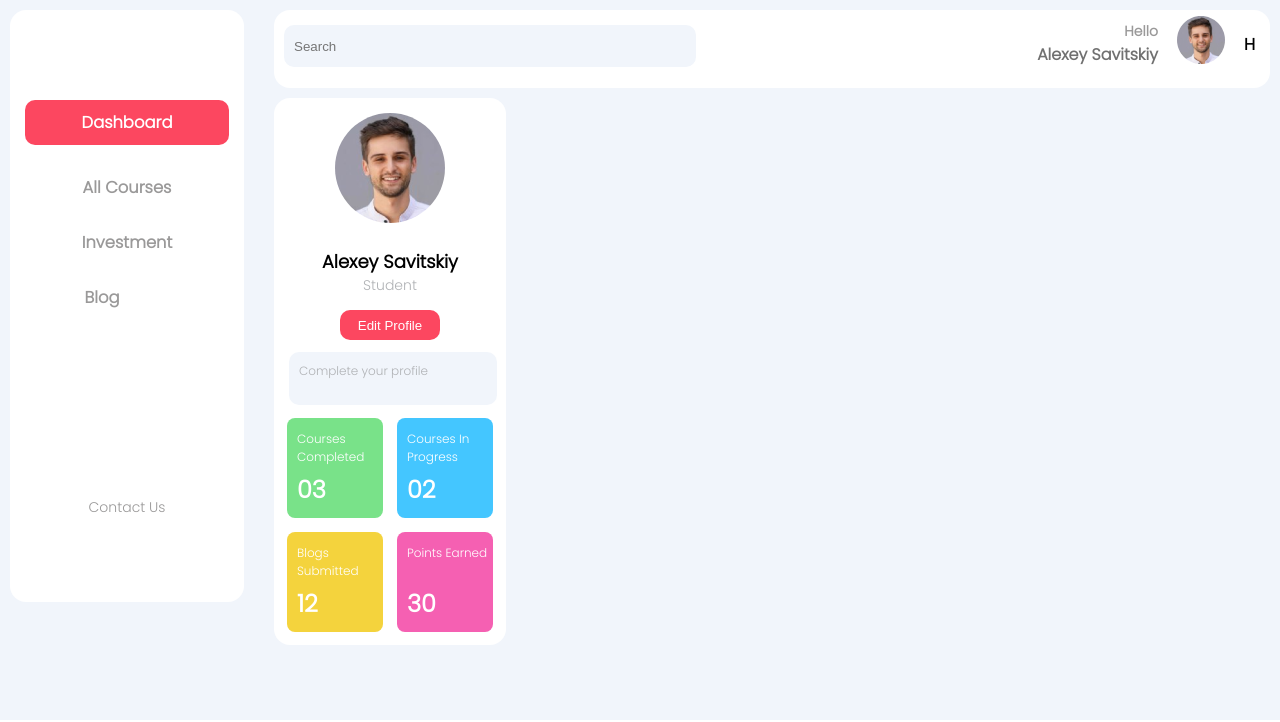
Repository: Anuruddha00/dashboard-design
Page: /
These files come from the project's save history. The page is drawn as it stood at one moment and after the next save; the edit follows.
The browser window is 1280 px wide. The pictures show the whole page.
The project was rebuilt for these pictures with package versions that can differ from the ones it lists, and the page was loaded fresh each time.

Above is the page before, as saved 2021-05-07 14:23:38.

### public/index.html
<!DOCTYPE html>
<html lang="en">
  <head>
    <meta charset="utf-8" />
    <link rel="icon" href="%PUBLIC_URL%/favicon.ico" />
    <meta name="viewport" content="width=device-width, initial-scale=1" />
    <meta name="theme-color" content="#000000" />
    <meta
      name="description"
      content="Web site created using create-react-app"
    />
    <link rel="apple-touch-icon" href="%PUBLIC_URL%/logo192.png" />

    <link rel="preconnect" href="https://fonts.gstatic.com">
    <link href="https://fonts.googleapis.com/css2?family=Poppins:wght@300&display=swap" rel="stylesheet">

    <!--
      manifest.json provides metadata used when your web app is installed on a
      user's mobile device or desktop. See https://developers.google.com/web/fundamentals/web-app-manifest/
    -->
    <link rel="manifest" href="%PUBLIC_URL%/manifest.json" />
    <!--
      Notice the use of %PUBLIC_URL% in the tags above.
      It will be replaced with the URL of the `public` folder during the build.
      Only files inside the `public` folder can be referenced from the HTML.

      Unlike "/favicon.ico" or "favicon.ico", "%PUBLIC_URL%/favicon.ico" will
      work correctly both with client-side routing and a non-root public URL.
      Learn how to configure a non-root public URL by running `npm run build`.
    -->
    <title>React App</title>
  </head>
  <body>
    <noscript>You need to enable JavaScript to run this app.</noscript>
    <div id="root"></div>
    <!--
      This HTML file is a template.
      If you open it directly in the browser, you will see an empty page.

      You can add webfonts, meta tags, or analytics to this file.
      The build step will place the bundled scripts into the <body> tag.

      To begin the development, run `npm start` or `yarn start`.
      To create a production bundle, use `npm run build` or `yarn build`.
    -->
  </body>
</html>

### src/index.js
import React from 'react';
import ReactDOM from 'react-dom';
import Dashboard from './containers/Dashboard/Dashboard';
import reportWebVitals from './reportWebVitals';

ReactDOM.render(
  <React.StrictMode>
    <Dashboard />
  </React.StrictMode>,
  document.getElementById('root')
);

// If you want to start measuring performance in your app, pass a function
// to log results (for example: reportWebVitals(console.log))
// or send to an analytics endpoint. Learn more: https://bit.ly/CRA-vitals
reportWebVitals();

### src/containers/Dashboard/Dashboard.js
import React from 'react';
import './Dashboard.scss';

const dashboard = () =>{

    return(
        <div className='container'>
            <div className='dashboard'>
                <div className='dashboardSideBar'>
                   <div className='dashboardSideBarTitle'>
                        <h3 className='dashboardSideBarTitleDashboard'>Dashboard</h3>
                        <h3 className='dashboardSideBarTitleCourses'>All Courses</h3>
                        <h3 className='dashboardSideBarTitleInvestment'>Investment</h3>
                        <h3 className='dashboardSideBarTitleBlog'>Blog</h3>
                   </div>
                   <div className='dashboardSideBarContact'>
                        <p>Contact Us</p>
                   </div>
                </div>
                <div className='dashboardMenu'>
                    <section className='content'>
                        <nav className='contentNavbar'>
                            <div className='contentNavbarSearch'>
                                <form>
                                    <input type='text' placeholder='Search'/>
                                </form>
                            </div>
                            <div className='contentNavbarProfile'>
                                <div className='contentNavbarProfileName'>
                                    <h3>Hello</h3>
                                    <h2>Alexey Savitskiy</h2>
                                </div>
                                <img src='./assets/Image 9.png'/>
                                <h1>H</h1>
                            </div>
                        </nav>
                        <div className='contentBody'>
                            <section className='details'>
                                <div className='detailsAbout'>
                                    <div className='detailsAboutProfile'>
                                        <img src='./assets/Image 12.png'/>
                                        <h3>Alexey Savitskiy</h3>
                                        <p>Student</p>
                                        <button>Edit Profile</button>
                                    </div>
                                    <div className='detailsAboutComplete'>
                                        <p>Complete your profile</p>
                                    </div>
                                    <div className='detailsAboutProgress'>
                                        <div className='detailsAboutProgressCompleted'>
                                            <p>Courses Completed</p>
                                            <h1>03</h1>
                                        </div>
                                        <div className='detailsAboutProgressContinue'>
                                            <p>Courses In Progress</p>
                                            <h1>02</h1>
                                        </div>
                                        <div className='detailsAboutProgressBlogs'>
                                            <p>Blogs Submitted</p>
                                            <h1>12</h1>
                                        </div>
                                        <div className='detailsAboutProgressPoints'>
                                            <p>Points Earned</p>
                                            <h1>30</h1>
                                        </div>
                                    </div>
                                </div>
                            </section>
                        </div>
                   </section>
                </div>
            </div>
        </div>
    )

}
export default dashboard;

### src/containers/Dashboard/Dashboard.scss

body{
    margin: 0;
    padding: 0;
    font-size: 0.875rem;
    font-family: 'Poppins', sans-serif;

}

.container{
    background: #f1f5fb;
    height: 100vh;

    .dashboard{
        display: grid;
        grid-template-columns: 1fr 4fr;
        gap:10px;
        grid-auto-rows: minmax(100px, auto);

        &SideBar{
            grid-column: 1;
            grid-row: 1 / 5;
            padding-bottom: 70px;
            border-radius: 16px;
            background: #ffffff;
            margin: 10px;

            &Title{
                margin-top: 90px;
                font-size: 14px;

                &Dashboard{
                    background:#fc4760;
                    border-radius: 10px;
                    text-align: center;
                    padding: 10px 10px 10px 10px;
                    margin: 10px 15px 10px 15px;
                    color: #ffffff;

                }
                &Courses{
                    text-align: center;
                    margin-top: 30px;
                    color: #9a9999;
                }
                &Investment{
                    text-align: center;
                    margin-top: 30px;
                    color: #9a9999;
                }
                &Blog{
                    text-align: center;
                    margin-top: 30px;
                    margin-right: 50px;
                    color: #9a9999;
                }
            }
            &Contact{
                margin-top: 80%;

                p{
                    text-align: center;
                    color: #9a9999;
                    font-size: 14px;
                }

            }
        }
        &Menu{
            // border: 1px solid red;
            grid-column: 2;
            grid-row: 1 / 6;
            margin: 10px;

            .content{
                display: grid;
                grid-template-rows:1fr 7fr ;
                gap:10px;

                &Navbar{
                    display: grid;
                    grid-template-columns: 1fr 1fr;
                    background: #ffffff;
                    border-radius: 16px;

                    &Search{

                        input{
                            background: #f1f5fb;
                            border-style: none;
                            padding-left: 10px;
                            width: 400px;
                            height: 40px;
                            margin: 15px 0 0 10px;
                            border-radius: 10px;

                        }
                    }
                    &Profile{
                        display: flex;
                        flex-direction: row;
                        justify-content: flex-end;
                        gap: 1em;
                        margin-right: 15px;
                        align-items: center;
                        height: 68px;

                        &Name{
                            text-align: end;
                            margin-top: 0;

                            h3{
                                color: #9a9999;
                                margin: 0;
                                font-size: 14px;
                            }
                            h2{
                                margin: 0;
                                font-size: 16px;
                                color: #707070;
                            }
                        }
                    }
                }
                &Body{
                    display: grid;
                    grid-template-columns: 2fr 4fr 3fr;
                    grid-template-rows: 1 / 4;

                    .details{
                        border-radius: 16px;
                        background: #ffffff;

                        &About{


                            &Profile{
                                text-align: center;
                                margin-top: 15px;

                                h3{
                                    font-size: 18px;
                                    margin: 0;
                                }
                                p{
                                    color: #b0b2b5;
                                    margin-top: 0;
                                }
                                button{
                                    border-style: none;
                                    border-radius: 10px;
                                    width: 100px;
                                    height: 30px;
                                    color: #ffffff;
                                    background: #fc4760;

                                }
                            }
                            &Complete{
                                background: #f1f5fb;
                                border-radius: 10px;
                                color: #b0b2b5;
                                height: 53px;
                                width: 208px;
                                font-size: 12px;
                                margin-left: 15px;

                                p{
                                    padding-left: 10px;
                                    padding-top: 10px;
                                }
                            }
                            &Progress{
                                display: grid;
                                grid-template-columns: 1fr 1fr;
                                margin: 13px;
                                gap: 1em;
                                color: #ffffff;

                                p{
                                    font-size: 12px;
                                    padding-left: 10px;
                                }


                                &Completed{
                                    background: #79e289;
                                    border-radius: 8px;
                                    width: 96px;
                                    height: 100px;
                                    position: relative;

                                    h1{
                                        font-size: 24px;
                                        position: absolute;
                                        left: 10px;
                                        top: 30px;
                                    }

                                }
                                &Continue{
                                    background:  #44c6ff;
                                    border-radius: 8px;
                                    width: 96px;
                                    height: 100px;
                                    position: relative;

                                    h1{
                                        font-size: 24px;
                                        position: absolute;
                                        left: 10px;
                                        top: 30px;
                                    }

                                }
                                &Blogs{
                                    background:  #f4d33d;
                                    border-radius: 8px;
                                    width: 96px;
                                    height: 100px;
                                    position: relative;

                                    h1{
                                        font-size: 24px;
                                        position: absolute;
                                        left: 10px;
                                        top: 30px;
                                    }
                                }
                                &Points{
                                    background: #f560b2;
                                    border-radius: 8px;
                                    width: 96px;
                                    height: 100px;
                                    position: relative;

                                    h1{
                                        font-size: 24px;
                                        position: absolute;
                                        left: 10px;
                                        top: 30px;
                                    }

                                }

                            }
                        }
                    }
                }
            }
        }
    }
}

Loaded but not shown: src/reportWebVitals.js (common file)

After the next save:
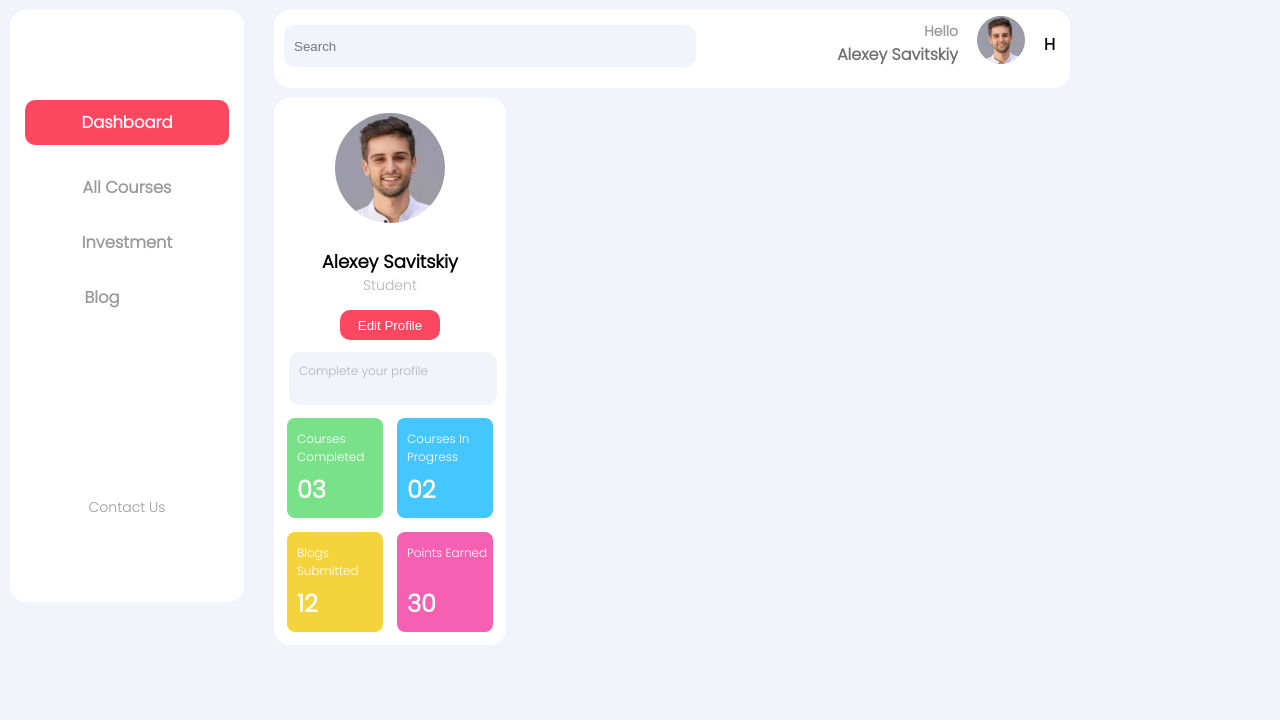
Saved 46 s later.
--- a/src/containers/Dashboard/Dashboard.scss
+++ b/src/containers/Dashboard/Dashboard.scss
@@ -125,7 +125,7 @@ body{
                 &Body{
                     display: grid;
                     grid-template-columns: 2fr 4fr 3fr;
-                    grid-template-rows: 1 / 4;
+                    grid-column: 1 / 4;
 
                     .details{
                         border-radius: 16px;

After the save that followed:
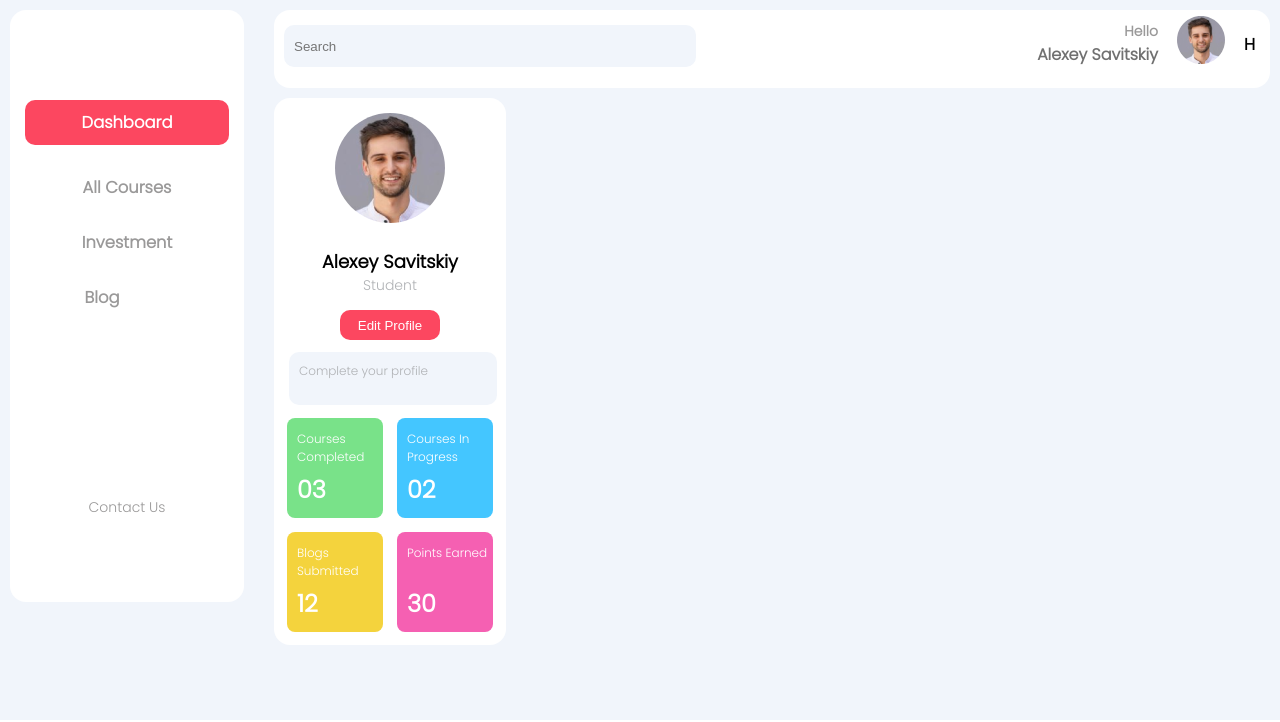
Saved 11 s later.
--- a/src/containers/Dashboard/Dashboard.scss
+++ b/src/containers/Dashboard/Dashboard.scss
@@ -125,7 +125,7 @@ body{
                 &Body{
                     display: grid;
                     grid-template-columns: 2fr 4fr 3fr;
-                    grid-column: 1 / 4;
+
 
                     .details{
                         border-radius: 16px;
@@ -133,7 +133,7 @@ body{
 
                         &About{
 
-
+                            grid-column: 1 / 4;
                             &Profile{
                                 text-align: center;
                                 margin-top: 15px;
